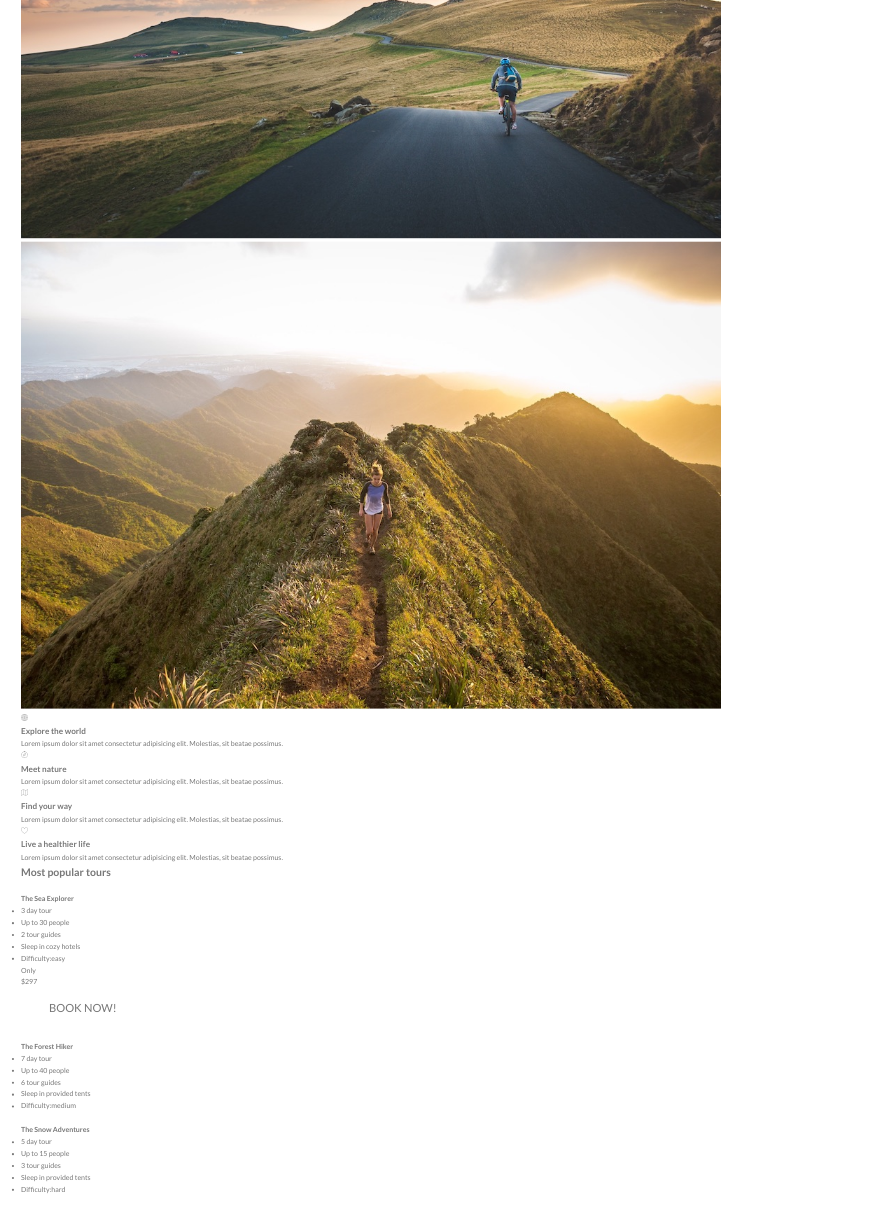
Repository: MalgorzataMazur/Natours
Page: index.html
An editor plug-in stored every save of this project. The page is shown before and after the next save, followed by the edit.
The browser window is 1280 px wide. The pictures show the part of the page from y = 1825 to 3745 px (the page is 3563 px tall before and 3745 px after), at 70% of full size.
The style sheet was rebuilt from its Sass, Less or Tailwind sources for each picture, by a compiler version that may differ from the author's.

Above is the page before, as saved 2020-02-20 22:37:37.

After the next save:
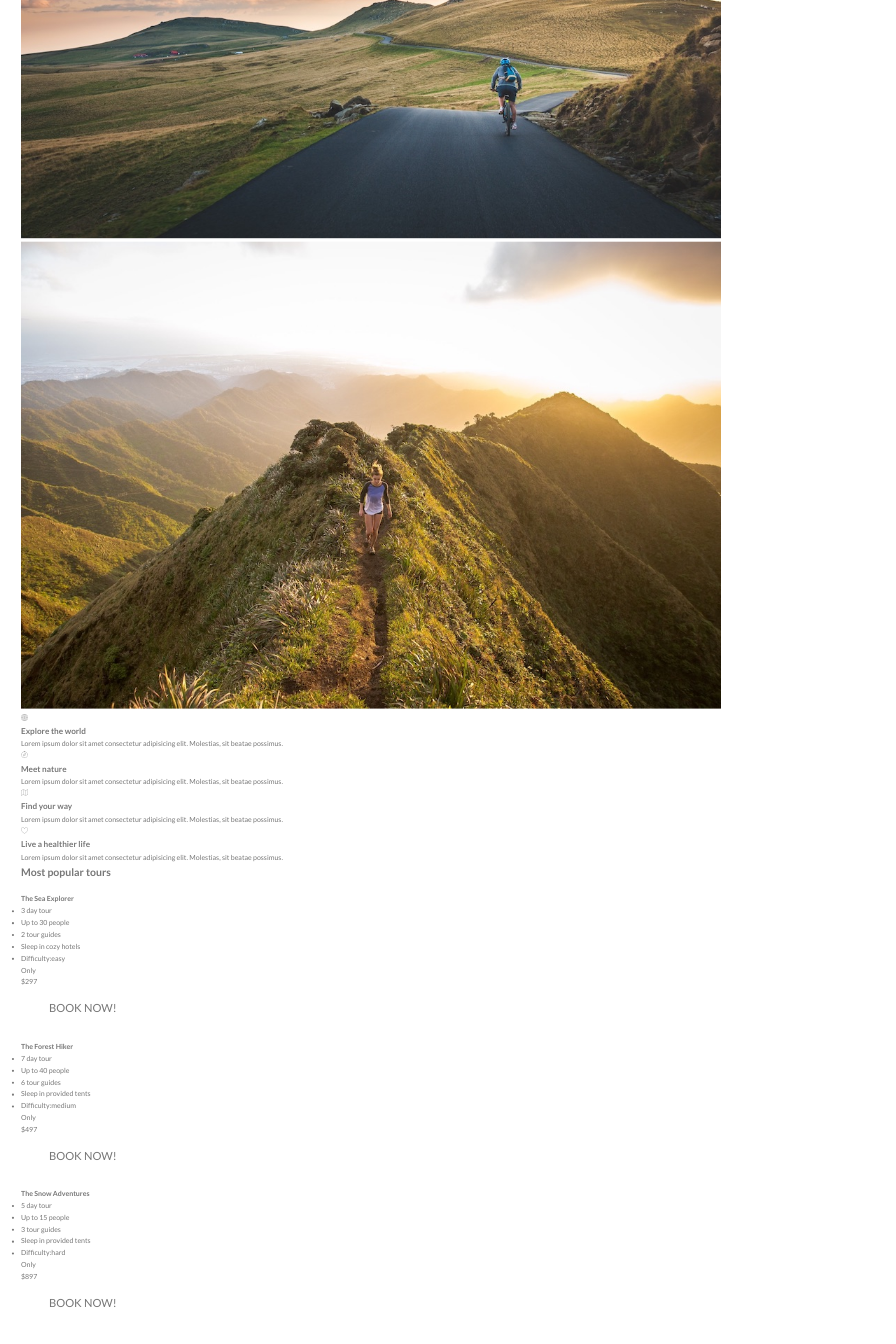
Saved 2 min 44 s later.
--- a/index.html
+++ b/index.html
@@ -172,6 +172,15 @@
                                 </ul>
                             </div>
                         </div>
+                        <div class="card__side card__side--back card__side--back-2">
+                            <div class="card__cta">
+                                <div class="card__price-box">
+                                    <p class="card__price-only">Only</p>
+                                    <p class="card__price-value">$497</p>
+                                </div>
+                                <a href="#" class="btn btn--white">Book now!</a>
+                            </div>
+                        </div>
                     </div>
                 </div>
 
@@ -196,6 +205,15 @@
                                 </ul>
                             </div>
                         </div>
+                        <div class="card__side card__side--back card__side--back-3">
+                            <div class="card__cta">
+                                <div class="card__price-box">
+                                    <p class="card__price-only">Only</p>
+                                    <p class="card__price-value">$897</p>
+                                </div>
+                                <a href="#" class="btn btn--white">Book now!</a>
+                            </div>
+                        </div>
                 </div>
             </div>
 
